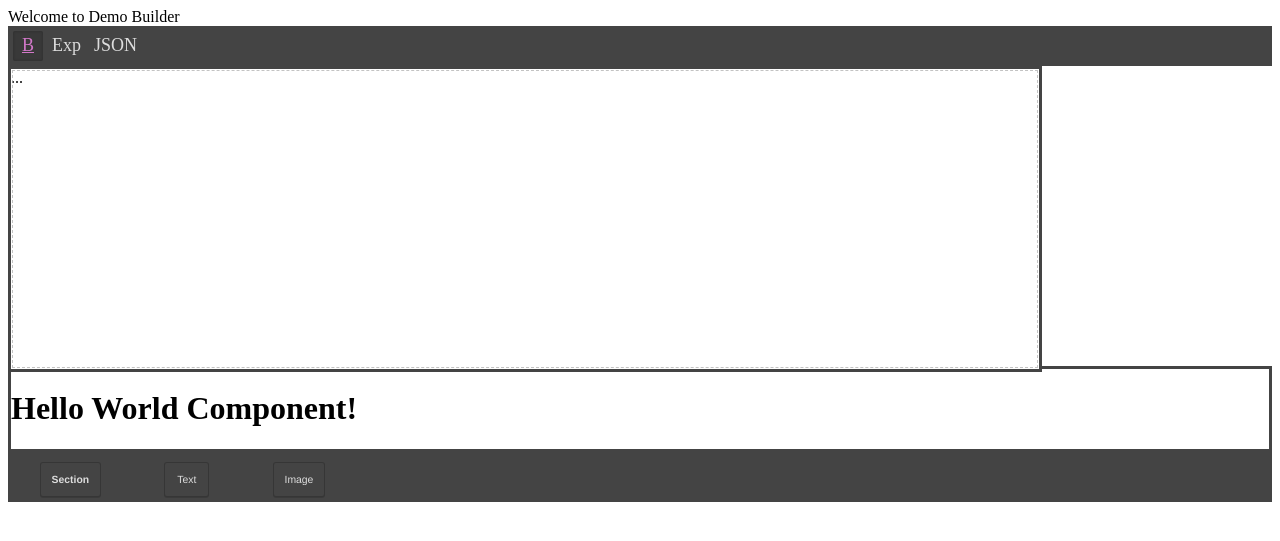
Repository: adityakulkarni000/DemoBuilder
Page: index.html
An editor plug-in stored every save of this project. The page is shown before and after a run of saves, followed by the edit.
The browser window is 1280 px wide. The pictures show the whole page.

Above is the page before, as saved 2022-06-19 01:19:43.

### index.html
<html>
  <header>Welcome to Demo Builder</header>
  <link rel="stylesheet" href="css/grapes.min.css" />
  <script src="lib/grapes.min.js"></script>

  <!-- STYLE SECTION-->
  <style>
    /* Let's highlight canvas boundaries */
    #gjs {
      border: 3px solid #444;
    }

    /* Reset some default styling */
    .gjs-cv-canvas {
      top: 0;
      width: 100%;
      height: 100%;
    }
    .gjs-block {
      width: auto;
      height: auto;
      min-height: auto;
    }
    .panel__top {
      padding: 0;
      width: 100%;
      display: flex;
      position: initial;
      justify-content: center;
      justify-content: space-between;
    }
    .panel__basic-actions {
      position: initial;
    }
    .editor-row {
      display: flex;
      justify-content: flex-start;
      align-items: stretch;
      flex-wrap: nowrap;
      height: 300px;
    }

    .editor-canvas {
      flex-grow: 1;
    }

    .panel__right {
      flex-basis: 230px;
      position: relative;
      overflow-y: auto;
    }
  </style>

  <!-- BODY SECTION-->
  <body>
    <div class="panel__top">
      <div class="panel__basic-actions"></div>
    </div>
    <div class="editor-row">
      <div class="editor-canvas">
        <div id="gjs">...</div>
      </div>
      <div class="panel__right">
        <div class="layers-container"></div>
      </div>
    </div>
    <div id="gjs">
      <h1>Hello World Component!</h1>
    </div>
    <div id="blocks"></div>
  </body>

  <!-- SCRIPT SECTION-->
  <script>
    const editor = grapesjs.init({
      // Indicate where to init the editor. You can also pass an HTMLElement
      container: "#gjs",
      // Get the content for the canvas directly from the element
      // As an alternative we could use: `components: '<h1>Hello World Component!</h1>'`,
      fromElement: true,
      // Size of the editor
      height: "300px",
      width: "auto",
      // Disable the storage manager for the moment
      storageManager: false,
      // Avoid any default panel
      panels: { defaults: [] },

      blockManager: {
        appendTo: "#blocks",
        blocks: [
          {
            id: "section", // id is mandatory
            label: "<b>Section</b>", // You can use HTML/SVG inside labels
            attributes: { class: "gjs-block-section" },
            content: `<section>
          <h1>This is a simple title</h1>
          <div>This is just a Lorem text: Lorem ipsum dolor sit amet</div>
        </section>`,
          },
          {
            id: "text",
            label: "Text",
            content: '<div data-gjs-type="text">Insert your text here</div>',
          },
          {
            id: "image",
            label: "Image",
            // Select the component once it's dropped
            select: true,
            // You can pass components as a JSON instead of a simple HTML string,
            // in this case we also use a defined component type `image`
            content: { type: "image" },
            // This triggers `active` event on dropped components and the `image`
            // reacts by opening the AssetManager
            activate: true,
          },
        ],
      },
    });
    editor.Panels.addPanel({
      id: "panel-top",
      el: ".panel__top",
    });
    editor.Panels.addPanel({
      id: "basic-actions",
      el: ".panel__basic-actions",
      buttons: [
        {
          id: "visibility",
          active: true, // active by default
          className: "btn-toggle-borders",
          label: "<u>B</u>",
          command: "sw-visibility", // Built-in command
        },
        {
          id: "export",
          className: "btn-open-export",
          label: "Exp",
          command: "export-template",
          context: "export-template", // For grouping context of buttons from the same panel
        },
        {
          id: "show-json",
          className: "btn-show-json",
          label: "JSON",
          context: "show-json",
          command(editor) {
            editor.Modal.setTitle("Components JSON")
              .setContent(
                `<textarea style="width:100%; height: 250px;">
            ${JSON.stringify(editor.getComponents())}
          </textarea>`
              )
              .open();
          },
        },
      ],
    });
  </script>
</html>

Loaded but not shown: css/grapes.min.css (library); lib/grapes.min.js (library)

After the next 2 saves:
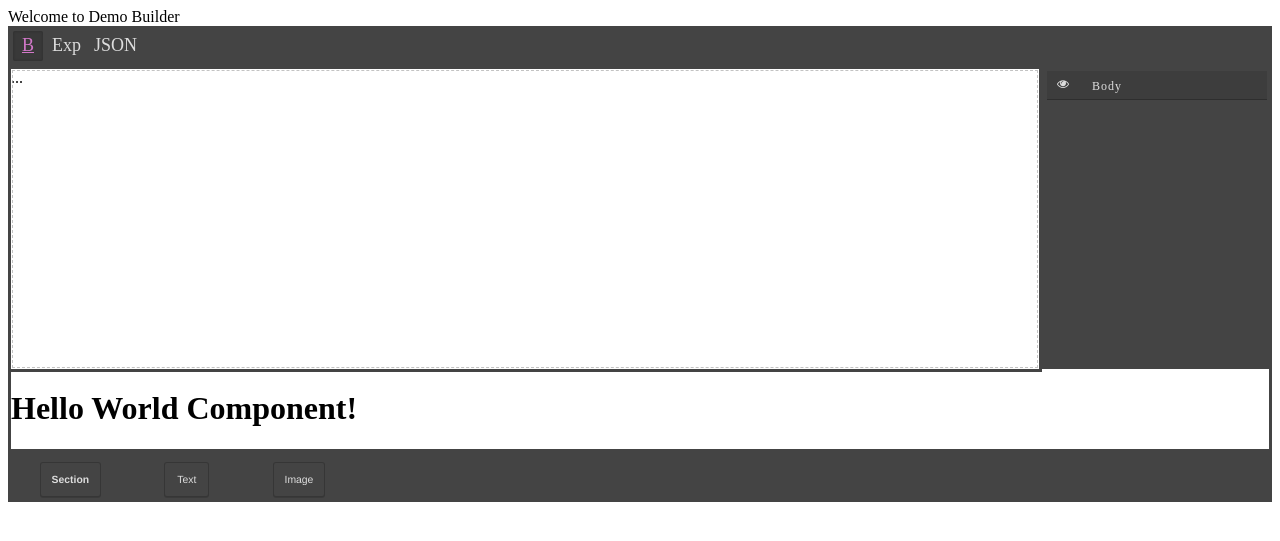
The 2 saves are shown as one change because they came seconds apart.
The last was saved 33 s later.
--- a/index.html
+++ b/index.html
@@ -117,6 +117,30 @@
           },
         ],
       },
+      layerManager: {
+        appendTo: ".layers-container",
+      },
+      // We define a default panel as a sidebar to contain layers
+      panels: {
+        defaults: [
+          {
+            id: "layers",
+            el: ".panel__right",
+            // Make the panel resizable
+            resizable: {
+              maxDim: 350,
+              minDim: 200,
+              tc: 0, // Top handler
+              cl: 1, // Left handler
+              cr: 0, // Right handler
+              bc: 0, // Bottom handler
+              // Being a flex child we need to change `flex-basis` property
+              // instead of the `width` (default)
+              keyWidth: "flex-basis",
+            },
+          },
+        ],
+      },
     });
     editor.Panels.addPanel({
       id: "panel-top",
